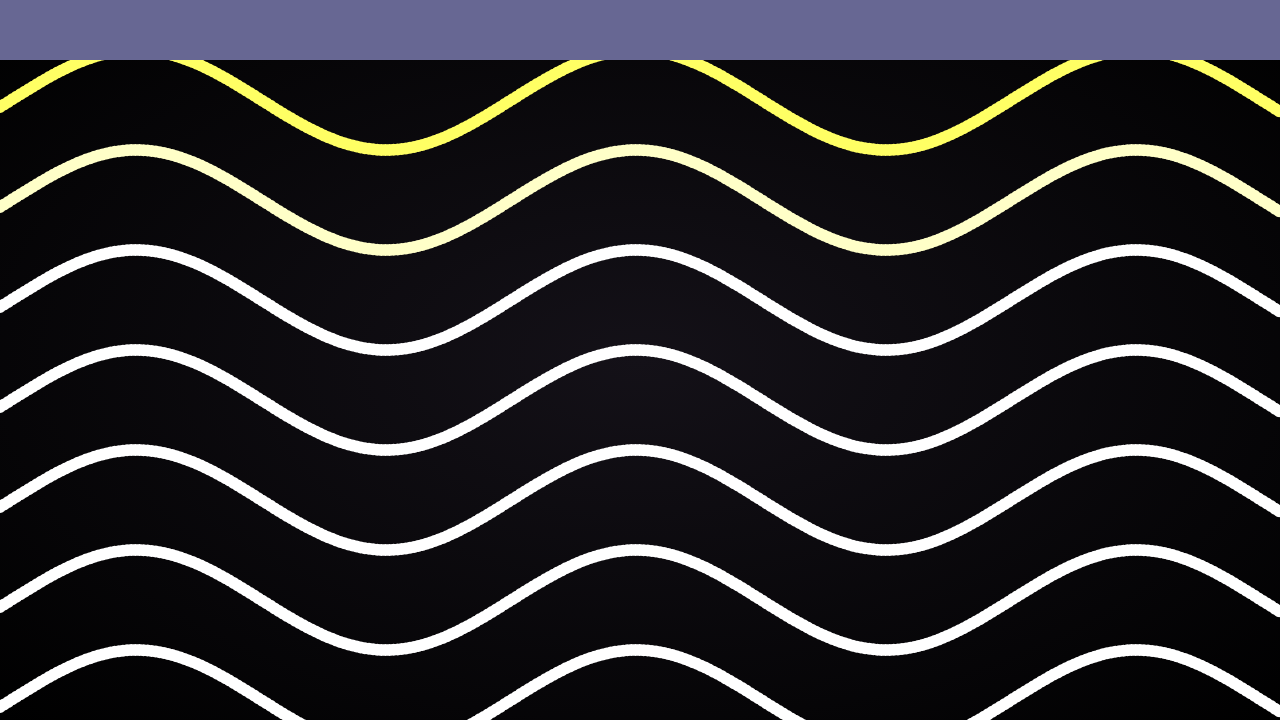
Repository: Iban-del/ProjetBacIban
Page: index.html
The author's editor kept a copy of each file at every save. The page is drawn from the files as they stood at one save, then again after the next save.
The browser window is 1280 px wide. The pictures show the whole page.

Above is the page before, as saved 2025-02-18 20:20:07.

### index.html
<!DOCTYPE html>
<html lang="fr">
<head>
    <meta charset="UTF-8">
    <meta name="viewport" content="width=device-width, initial-scale=1.0">
    <link rel="icon" type="image/x-icon" href="./image/image.png">
    <link rel="stylesheet" href="./css/index.css">
    <title>Iban</title>
    <script src="./js/background.js" type="module"></script>
    <canvas id="canvas-background"></canvas>
</head>
<body>
    <nav class="navBar"></nav>

</body>
</html>

### css/index.css
html,body{
    margin: 0px;
    overflow-x: clip;
    display: flex;
}

.navBar{
    height: 60px;
    width: 100%;
    position: fixed;
    background-color: rgb(103, 103, 147);
    z-index: 1;
    display: flex;
    justify-content: end;
    align-items: center;
    color: white;
}

.background-canvas{
    overflow-x: clip;
    background:radial-gradient(rgb(50, 50, 71), rgb(0, 0, 0));
    z-index: 10;
    position: fixed;
}

### js/background.js
/**
 * création du fond du site
 */

//constante avec les couleur des composant
const darkColor ={
    backgrounds1:"#000",
    backgrounds2:"#141118",
};

//constante avec les couleur des composant
const lightColor ={
    backgrounds1:"#FDFCFE",
    backgrounds2:"#FAF8FD",
};


/**
 * fonction qui permet de géré le fond par default en cas d'érreur
 */
function defaultBackground(){

    const body = document.querySelector("body");

    if(body instanceof HTMLBodyElement){
        body.style.backgroundColor = darkColor.backgrounds2;
    }

}


/**
 * cette fonction permet d'attribué le style au canvas
 */
function canvasStyle(canvas){

    if(canvas instanceof HTMLCanvasElement){

        canvas.height = window.innerHeight;
        canvas.width = window.innerWidth;
        canvas.style.background = "radial-gradient("+darkColor.backgrounds2+","+darkColor.backgrounds1+")";

        return;
    }

    throw new Error("Canvas n'est pas de type HTMLCanvasElement ");

}

/**
 * fonction de création d'une vague
 */
function vague(x){

    const A = 50;//l'amplitude
    const lambda = 0.002;//longueur d'onde
    const k = lambda*2*Math.PI; //nombre oscilation
    const phi = 3;//décalage
    return A*Math.sin(k*x+phi);
}


/**
 * affichage de la vague
 * @param CanvasRenderingContext2D  ctx
 */
function drawVague(ctx){

    if(ctx instanceof CanvasRenderingContext2D){
        for(let t = 0;t < window.innerHeight;t+= 100){
            for(let i = 0 ;i < window.innerWidth;i+=4.1){
                let x = i
                let y = vague(x)+(t);
                ctx.beginPath();
                ctx.moveTo(x,y)
                ctx.fillStyle=`rgb(255,255,${t})`;
                ctx.arc(x,y,6,0,Math.PI*2,true)
                ctx.fill();
                console.log("test")
            }
        }

    }

}



/**
 * fonction d'initialisation du fond
 */
function init(){
    //récupération des élémentcanvas
    const canvas = document.querySelector("canvas");

    if(canvas instanceof HTMLCanvasElement){

        const ctx = canvas.getContext('2d');

        canvasStyle(canvas);
        drawVague(ctx)

    }
}

try{

    init()

}catch(error){

    console.log(error)
    defaultBackground()
}

After the next save:
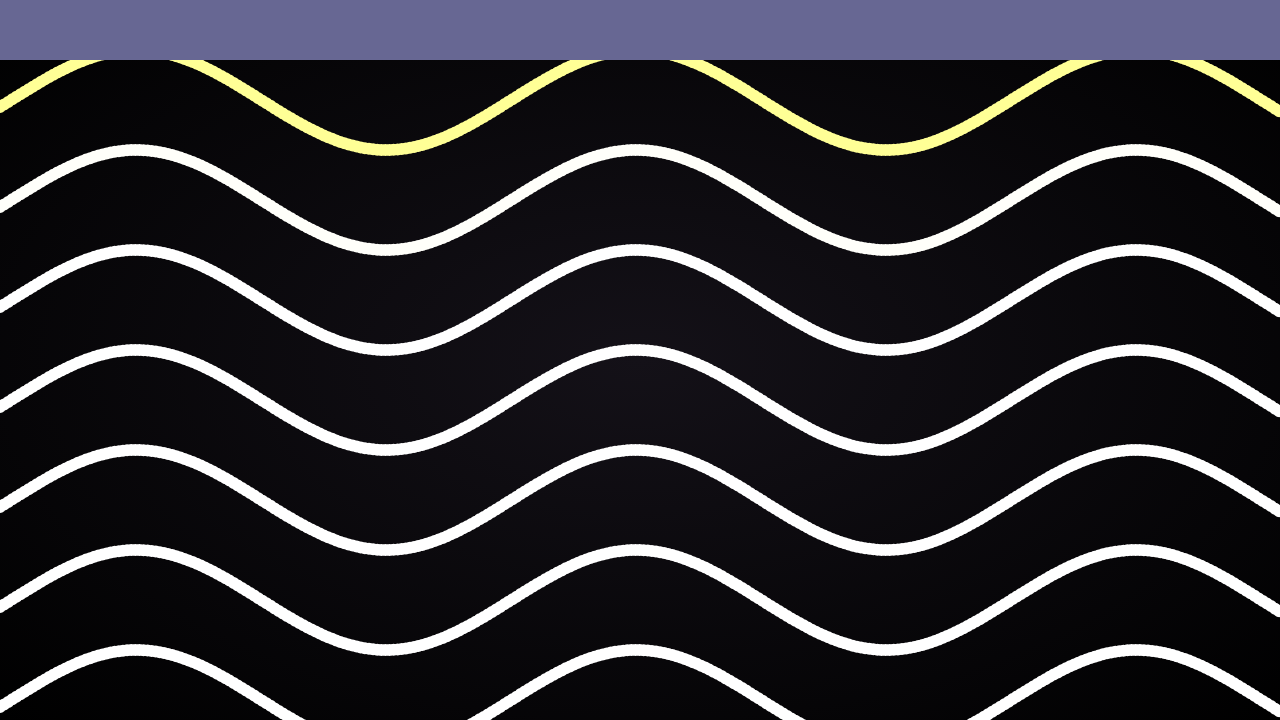
Saved 5 s later.
--- a/js/background.js
+++ b/js/background.js
@@ -73,7 +73,7 @@
                 let y = vague(x)+(t);
                 ctx.beginPath();
                 ctx.moveTo(x,y)
-                ctx.fillStyle=`rgb(255,255,${t})`;
+                ctx.fillStyle=`rgb(255,255,${t+50})`;
                 ctx.arc(x,y,6,0,Math.PI*2,true)
                 ctx.fill();
                 console.log("test")

After the save that followed:
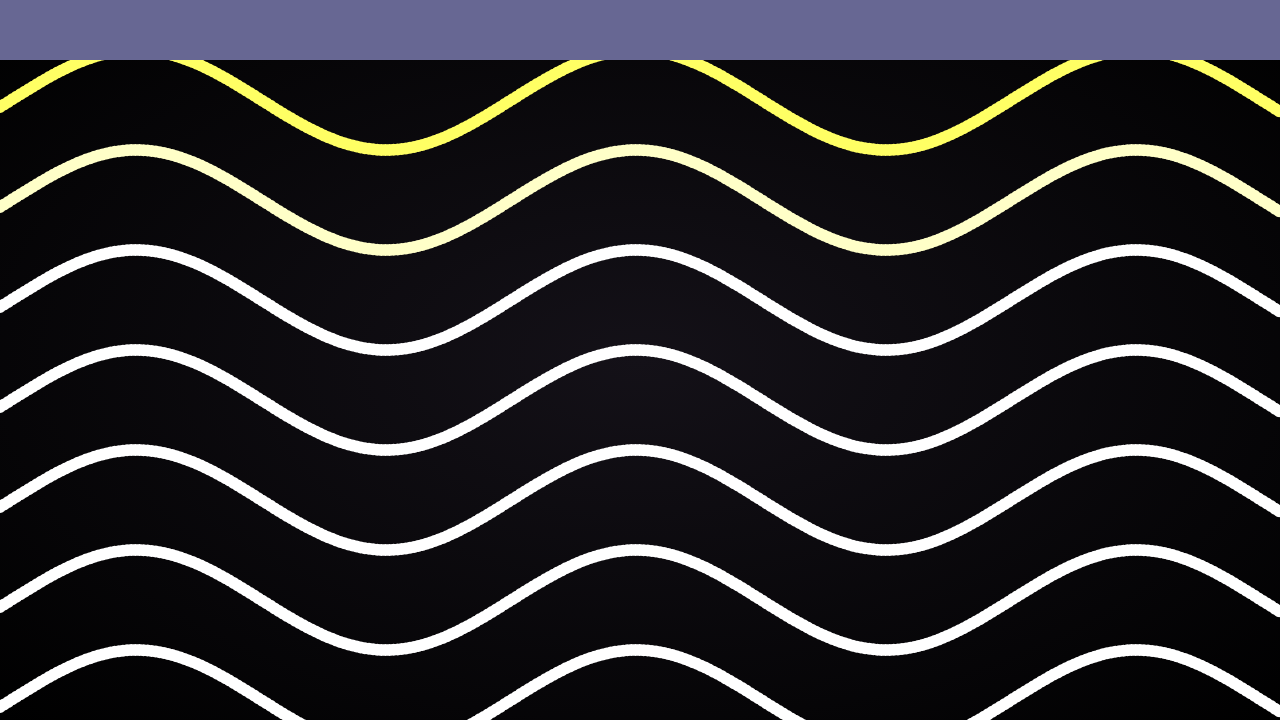
Saved 9 s later.
--- a/js/background.js
+++ b/js/background.js
@@ -73,7 +73,7 @@
                 let y = vague(x)+(t);
                 ctx.beginPath();
                 ctx.moveTo(x,y)
-                ctx.fillStyle=`rgb(255,255,${t+50})`;
+                ctx.fillStyle=`rgb(255,255,${t})`;
                 ctx.arc(x,y,6,0,Math.PI*2,true)
                 ctx.fill();
                 console.log("test")
